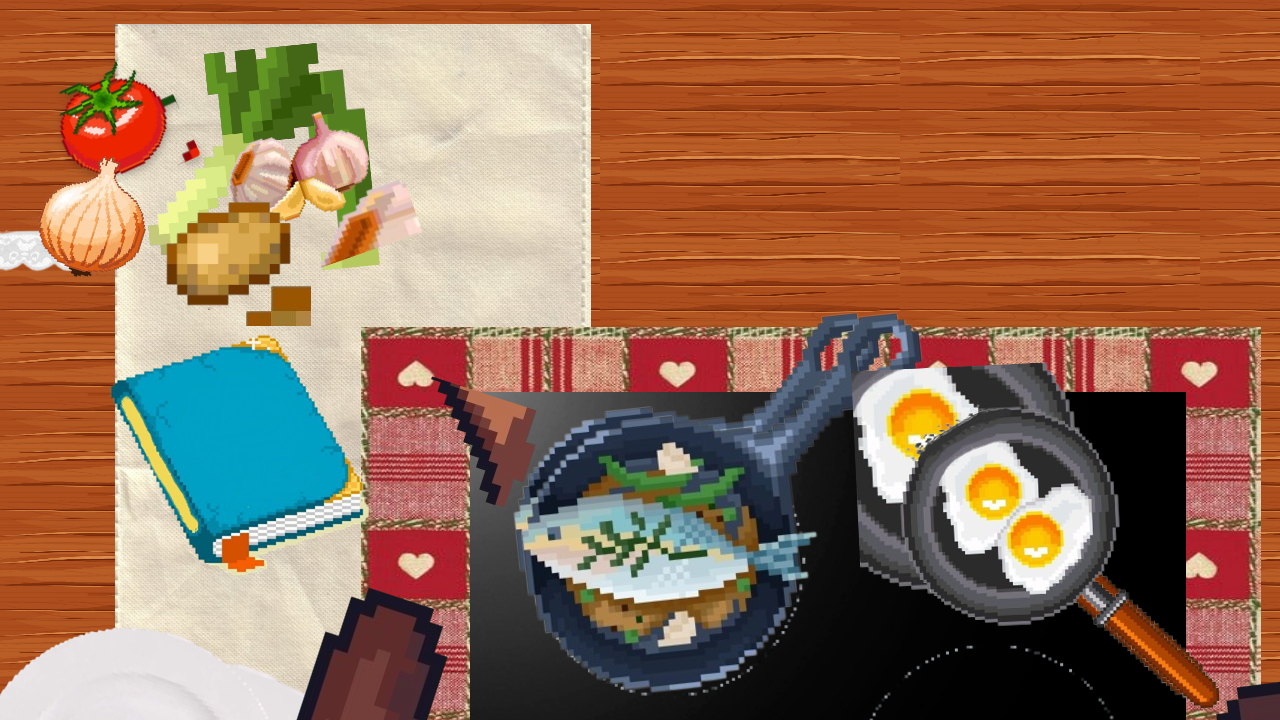
Repository: AJamdonuts/ToddyTalks
Page: playingaround2/pages/chefsujin.html
An editor plug-in stored every save of this project. The page is shown before and after the next save, followed by the edit.
The browser window is 1280 px wide. The pictures show the whole page.

Above is the page before, as saved 2025-11-26 20:56:53.
Console error: ReferenceError: MIN_SCALE is not defined

### playingaround2/pages/chefsujin.html
<!DOCTYPE html>
<html>
<head>
    <meta charset="UTF-8">
    <meta name="viewport" content="width=device-width, initial-scale=1">
    <link href="/playingaround2/styles/chefsujin.css" rel="stylesheet">
    <script src="/playingaround2/javascript/chefsujin.js" defer></script>
    <title>Chef Sujin</title>
    <link rel="icon" type="image/x-icon" href="/playingaround2/images/favicon.ico">
</head>
<body>
    <div class="canvas">
        <img src="/playingaround2/images/09362b8ce39beb85f830c3373e6b392c-removebg-preview.png" alt="Chef Sujin Banner" class="chef-sujin-banner">
        <img src="/playingaround2/images/b41e50d46e26e9463ce130b2da7a46aa.jpg" class="creamtexture">
        <img src="/playingaround2/images/check table cloth.jpg" class="checktablecloth">
        <img src="/playingaround2/images/pxArt-2.png" class="hob">
        <img src="/playingaround2/images/pixil-frame-0-removebg-preview 1.png" class="recipebook">
        <img src="/playingaround2/images/fishpan.png" class="fishpan">
        <img src="/playingaround2/images/leek-removebg-preview.png" class="leek">
        <img src="/playingaround2/images/garlic-removebg-preview.png" class="garlic">
        <img src="/playingaround2/images/d95fa1e62c663504736614e026fc4862-removebg-preview.png" class="potato">
        <img src="/playingaround2/images/pixil-frame-0-removebg-preview.png" class="eggpan" >
        <img src="/playingaround2/images/pxArt-2-removebg-preview.png" class="vegpan">
        <img src="/playingaround2/images/pxArt-removebg-preview.png" class="plate">
        <img src="/playingaround2/images/tomato-removebg-preview.png" class="tomato">
        <img src="/playingaround2/images/onion-removebg-preview.png" class="onion">
        <img src="/playingaround2/images/IMG_0236_2-removebg-preview.png" class="beararm1" >
        <img src="/playingaround2/images/IMG_0236-removebg-preview.png" class="beararm2" >
    </div>

</body>
</html>

### playingaround2/styles/chefsujin.css
html, body {
    margin: 0;
    padding: 0;
    /* Crucial: Sets the viewport as the reference size */
    width: 100vw;
    height: 100vh;
    overflow: hidden;
}

/* Add a main container to hold all your absolutely positioned elements */
.canvas {
    position: relative;
    width: 100%;
    height: 100%;
    max-width: 1440px;
    max-height: 1024px;
    transform-origin: bottom left;
    transform: scale(var(--scale-factor, 1));
    overflow: hidden;
}

/* Use Flexbox on the body to center the .canvas element when it hits the max size */
body {
    display: flex;
    justify-content: center; /* horizontally center canvas */
    align-items: flex-end;   /* vertically position canvas as needed */

    background-image: url('/playingaround2/images/kitchencounter.jpg');
    background-repeat: repeat;      /* repeat the image */
    background-size: 300px 100px;   /* set width and height for each tile */
    background-position: top left;  /* start tiling from top-left */
    background-attachment: scroll;  /* moves with page */
    background-color: #ffffff;      /* fallback color */
}



.tomato {
    position: absolute;
    width: 133.75px;
    height: 133.75px;
    left: 45.02px;
    top: 55.06px;
    background: url(tomato-removebg-preview.png);
    filter: drop-shadow(0px 4px 4px rgba(0, 0, 0, 0.25));
    border-radius: 4px;
    transform: rotate(-24.58deg);
}

.potato {
    position: absolute;
    width: 165px;
    height: 165px;
    left: 146px;
    top: 161px;
    background: url(d95fa1e62c663504736614e026fc4862-removebg-preview.png);
}

.leek {
    position: absolute;
    width: 257.96px;
    height: 257.96px;
    left: 109.95px;
    top: 20px;
    background: url(leek-removebg-preview.png);
    transform: rotate(-5.62deg);
}

.garlic {
    position: absolute;
    width: 194.8px;
    height: 194.8px;
    left: 200.62px;
    top: 74.87px;
    background: url(garlic-removebg-preview.png);
    transform: rotate(-19.27deg);
}

.onion {
    position: absolute;
    width: 126.18px;
    height: 144.28px;
    left: 32px;
    top: 145.3px;
    background: url(onion-removebg-preview.png);
    transform: rotate(17.63deg);
    }

.recipebook {
    position: absolute;
    width: 300px;
    height: 300px;
    left: 90px;
    top: 302px;
}

.plate {
    position: absolute;
    width: 334.76px;
    height: 332.75px;
    left: -40px;
    top: 616px;
    background: url(pxArt-removebg-preview.png);
    transform: rotate(19.64deg);
}

.beararm1 {
    position: absolute;
    width: 448.49px;
    height: 883.17px;
    left: 132px;
    top: 374px;
    background: url(IMG_0236_2-removebg-preview.png);
    transform: matrix(0.95, 0.31, 0.31, -0.95, 0, 0);
}

.beararm2 {
    position: absolute;
    width: 348.8px;
    height: 764.5px;
    left: 1062px;
    top: 450px;
    background: url(IMG_0236-removebg-preview.png);
    transform: matrix(0.99, -0.13, -0.13, -0.99, 0, 0);
}

.fishpan {
    position: absolute;
    width: 546.95px;
    height: 546.95px;
    left: 460px;
    top: 280px;
    background: url(fishpan.png);
    transform: rotate(-6.22deg);
}

.eggpan {
    position: absolute;
    width: 396px;
    height: 396px;
    left: 860px;
    top: 362.44px;
    background: url(pixil-frame-0-removebg-preview.png);
    transform: rotate(177.33deg);
}

.vegpan {
    position: absolute;
    width: 207px;
    height: 310px;
    left: 560px;
    top: 680px;
    background: url(pxArt-2-removebg-preview.png);
    transform: rotate(81.24deg);
}

.hob {
    position: absolute;
    width: 716px;
    height: 632px;
    left: 470px;
    top: 392px;
    background: url(pxArt-2.png);
}

.creamtexture {
    position: absolute;
    width: 476px;
    height: 696px;
    left: 115px;
    bottom:0px;
    background: url(b41e50d46e26e9463ce130b2da7a46aa.jpg);
}

.checktablecloth {
    position: absolute;
    width: 900px;
    height: 697px;
    left: 361px;
    top: 327px;
}

### playingaround2/javascript/chefsujin.js
function calculateScaleFactor() {
    const DESIGN_WIDTH = 1440;
    const DESIGN_HEIGHT = 1024;

    // *** NEW: Define the minimum scale factor allowed (e.g., 0.5 for 50%) ***


    const viewportWidth = window.innerWidth;
    const viewportHeight = window.innerHeight;

    // Calculate the scale factor based on current viewport size
    const widthScale = viewportWidth / DESIGN_WIDTH;
    const heightScale = viewportHeight / DESIGN_HEIGHT;

    // Use the smaller scale factor to ensure everything fits inside the window
    let scaleFactor = Math.min(widthScale, heightScale);

    // Get the .canvas element
    const canvas = document.querySelector('.canvas');

    if (canvas) {
        // Step 1: Prevent scaling up past 1 (full size)
        scaleFactor = Math.min(scaleFactor, 1);

        // *** Step 2: Ensure the scale factor does not drop below the minimum ***
        const finalScale = Math.max(scaleFactor, MIN_SCALE);

        canvas.style.setProperty('--scale-factor', finalScale);

        // Additionally, set the fixed width/height so the centering works correctly
        canvas.style.width = `${DESIGN_WIDTH}px`;
        canvas.style.height = `${DESIGN_HEIGHT}px`;
    }
}

window.addEventListener('resize', calculateScaleFactor);
document.addEventListener('DOMContentLoaded', calculateScaleFactor);

After the next save:
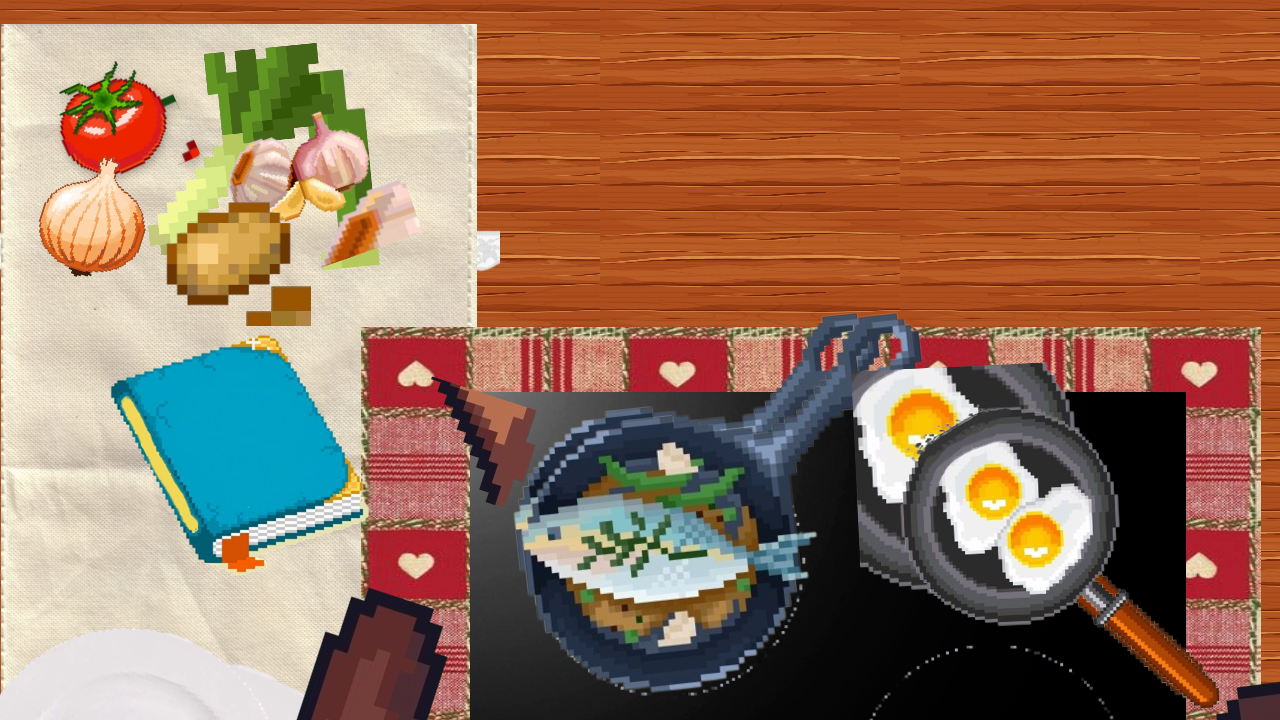
Saved 27 s later.
--- a/playingaround2/styles/chefsujin.css
+++ b/playingaround2/styles/chefsujin.css
@@ -167,7 +167,7 @@ body {
     position: absolute;
     width: 476px;
     height: 696px;
-    left: 115px;
+    left: 1px;
     bottom:0px;
     background: url(b41e50d46e26e9463ce130b2da7a46aa.jpg);
 }
